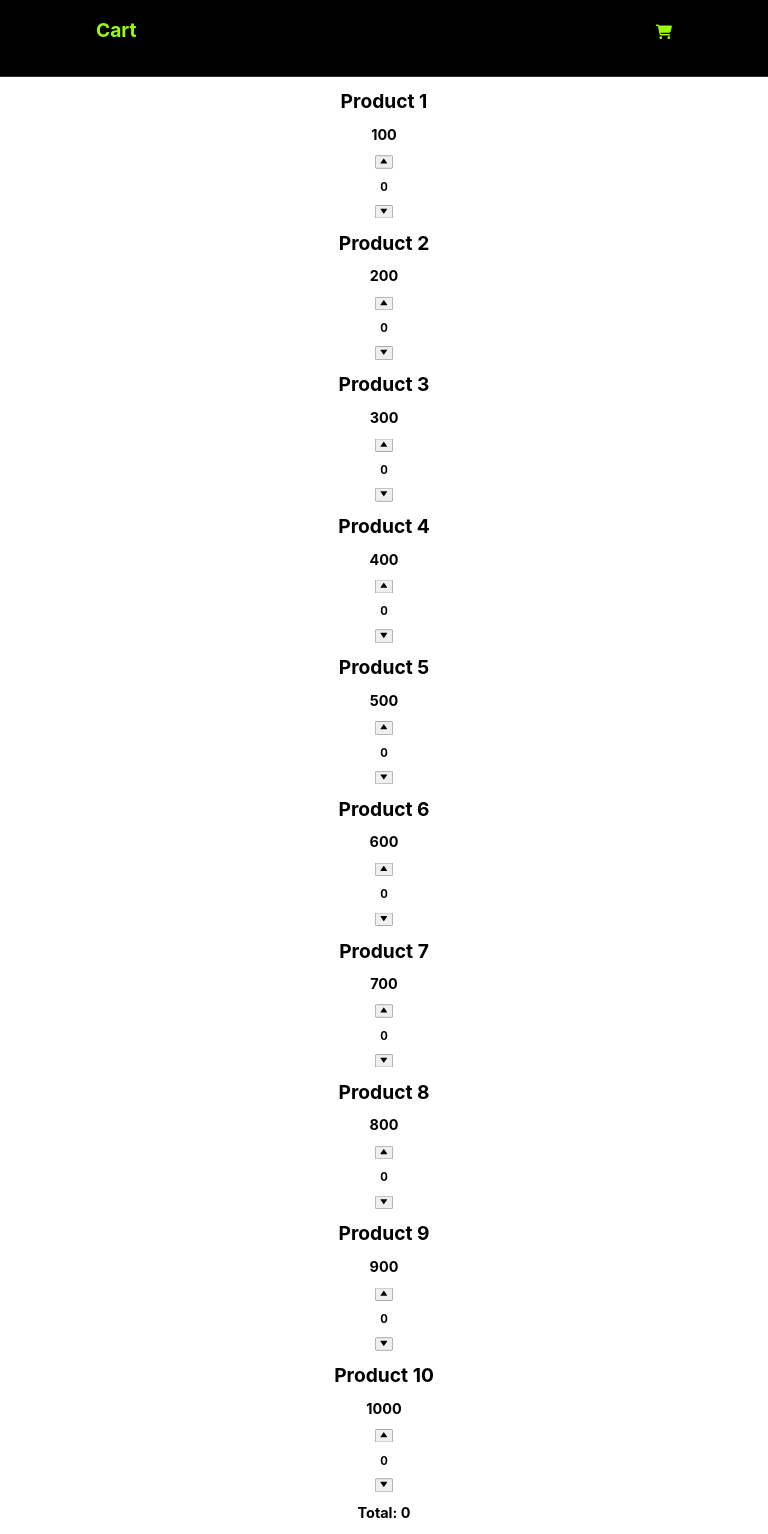
Repository: sriram1224/Cart-react-app
Page: /
An editor plug-in stored every save of this project. The page is shown before and after the next save, followed by the edit.
The browser window is 1280 px wide. The pictures show the whole page, at 60% of full size.
The project was rebuilt for these pictures with package versions that can differ from the ones it lists, and the page was loaded fresh each time.

Above is the page before, as saved 2024-03-12 21:24:05.

After the next save:
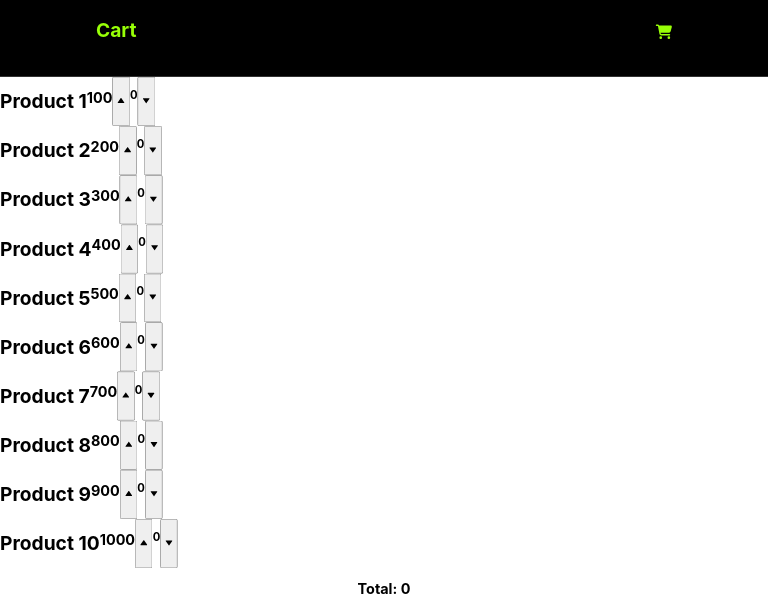
Saved 34 s later.
--- a/src/Components/cart.js
+++ b/src/Components/cart.js
@@ -55,11 +55,11 @@ function Cart() {
 
         <div>
              <Nav cartItems={cartItems} />
-         <div className="product-container">
+         <div className="">
 
             {products.map((product, index) => {
                 return (
-                    <div key={index}>
+                    <div className="product-container" key={index}>
                         <h1>{product.name}</h1>
                         <h2>{product.price}</h2>
                         <button onClick={() => increaseQuantity(index)}>
--- a/src/Components/cart.css
+++ b/src/Components/cart.css
@@ -1,3 +1,3 @@
 .product-container{
-
+    display: flex;
 }
